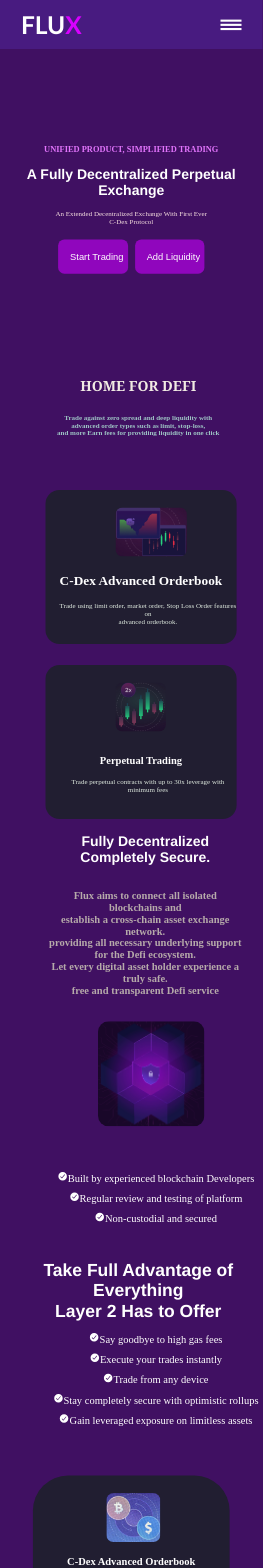
Repository: Tobby004/Flux-figma
Page: index.html
The author's editor kept a copy of each file at every save. The page is drawn from the files as they stood at one save, then again after the next save.
The browser window is 375 px wide. The pictures show the part of the page from y = 0 to 2240 px (the page is 2738 px tall before and 2668 px after), at 70% of full size.

Above is the page before, as saved 2023-04-30 09:44:05.
Console error: ReferenceError: button is not defined

### index.html
<!DOCTYPE html>
<html lang="en">
<head>
    <meta charset="UTF-8">
    <meta http-equiv="X-UA-Compatible" content="IE=edge">
    <meta name="viewport" content="width=device-width, initial-scale=1.0">
    <title>Flux Template</title>
    <link rel="stylesheet" href="style.css">
</head>
<body>
    <header>
    <div class="logo">FLU<b>X</b></div>
    <div class="hamburger">
        <div class="line"></div>
        <div class="line"></div>
        <div class="line"></div>
   </div>
    <nav class="nav-bar">
        <ul>
            <li><a href="" class="active">Home</a></li>
            <li><a href="#">Dashboard</a></li>
            <li><a href="#">Referrals</a></li>
            <li><a href="#">About Us</a></li>
            <button>Connect Wallet</button>
        </ul>
        </nav>
    </header>
    <br><br>
    <h4>UNIFIED PRODUCT, SIMPLIFIED TRADING</h4>
    <h2> A Fully Decentralized Perpetual <br>Exchange </h2>
    <p>An Extended Decentralized Exchange With First Ever <br>C-Dex Protocol</p>
    <div class="button">
        <input type="button" value="Start Trading">
        <input type="button" value="Add Liquidity">
    </div>
<br>
<br>
<div class="section1">
    <h4>HOME FOR DEFI</h4>
    <p>Trade against zero spread and deep liquidity with<br> advanced order types such as limit, stop-loss,<br> and more Earn fees for providing liquidity in one click</p>
</div>
<br><br>
<div class="box">
    <div class="box1">
       <img src="img1.jpg">
  <h3>C-Dex Advanced Orderbook</h3>
  <p>Trade using limit order, market order, Stop Loss Order features on <br>advanced orderbook.</p>
    </div>
    <div class="box2">
        <img src="img2.jpg">
        <h3>Perpetual Trading</h3>
        <p>Trade perpetual contracts with up to 30x leverage with minimum fees</p>
    </div>
</div>
<section>
    <h1>Fully Decentralized <br>Completely Secure.</h1>
    <h6>Flux aims to connect all isolated blockchains and <br>establish a cross-chain asset exchange network.<br>providing all necessary underlying support for the Defi ecosystem.<br> Let every digital asset holder experience a truly safe.<br>free and transparent Defi service</h6>
    <img src="IMG3.jpg">
</section>
    <checkbox>
       <a><ion-icon name="checkmark-circle"></ion-icon>Built by experienced blockchain Developers</i></a>
       <a><ion-icon name="checkmark-circle"></ion-icon>Regular review and testing of platform</a>
       <a><ion-icon name="checkmark-circle"></ion-icon>Non-custodial and secured</a>
       </checkbox>
    <h1>Take Full Advantage of Everything <br>Layer 2 Has to Offer</h1>
    <checkbox>
        <a><ion-icon name="checkmark-circle"></ion-icon>Say goodbye to high gas fees</a>
        <a><ion-icon name="checkmark-circle"></ion-icon>Execute your trades instantly</a>
        <a><ion-icon name="checkmark-circle"></ion-icon>Trade from any device</a>
        <a><ion-icon name="checkmark-circle"></ion-icon>Stay completely secure with optimistic rollups</a>
        <a><ion-icon name="checkmark-circle"></ion-icon>Gain leveraged exposure on limitless assets</a>
    </checkbox>
   <div class="boxing">
    <div class="box3">
        <img src="img5.jpg">
        <h3>C-Dex Advanced Orderbook</h3>
        <p>User buy and sell crypto directly to / from the <br>self custodial wallet of their choice. No Deposits, only. direct crypto-flat transfers</p>
    </div>
   </div>
    <div class="container">
        <h1>FLU<b>X<b/></h1>
        <ul>
        <li><a href="#">Getting started</a></li>
        <li><a href="#">Support</a></li>
        <li><a href="#">FAQ</a></li>
        <li><a href="#">Terms Of Service</a></li>
     <icon1>
    <ion-icon name="logo-twitter"></ion-icon>
    <ion-icon name="logo-facebook"></ion-icon>
    <ion-icon name="logo-instagram"></ion-icon>
    </icon>
    <li><p>Copyright 2023 Flux.All Rights Reserved</p></li>
</ul>
</div>
</body>
<script type="module" src="https://unpkg.com/ionicons@7.1.0/dist/ionicons/ionicons.esm.js"></script>
<script>
    hamburger = document.querySelector(".hamburger");
    button.onclick = function(){
        navBar = document.querySelector(".navbar");
        navBar.classlist.toggle("active");
    }
</script>
</html>

### style.css
*{
    box-sizing: border-box;
    text-decoration: none;
    list-style: none;
}
body {
    margin: 0;
    padding: 0;
    background-color: rgb(64, 16, 98);
}
header {
    width: 100%;
    display: flex;
    height: 70px;
    justify-content: space-between;
    align-items: center;
    padding:0 90px;
    background-color: rgb(72, 27, 128);
    color: white;
    font-weight: bold;
}
header  b {
    color: rgb(216, 0, 255);
}
.logo {
    font-size: 35px;
    font-weight: bold;
    font-family: 'Gill Sans', 'Gill Sans MT', Calibri, 'Trebuchet MS', sans-serif;
}
.hamburger{
    display: none;
    margin-left: 30px;
}
.nav-bar ul {
    display: flex;
}
.nav-bar ul li a{
    display: block;
    color: rgb(172, 132, 203);
    font-size: 15px;
    padding: 10px 25px;
    border-radius: 40px;
    transition: 0.5s;
    margin: 0 5px;
}
.nav-bar ul li a:hover{
    color: bisque;
    background: blueviolet;
}
.nav-bar ul li a.active{
    color: white;
    background: cadetblue;
}
header button {
    background:rgb(151, 1, 201);
    border-radius: 7px;
    border: none;
    height: 50px;
    color: white;
}
h4 {
    margin-top: 100px;
    text-align: center;
    color: rgb(226, 117,252);
}
h2 {
    text-align: center;
    font-size: 50px;
    font: 600px;
    font-family: 'Franklin Gothic Medium', 'Arial Narrow', Arial, sans-serif;
    color: white;
}
p {
    text-align: center;
    color: rgb(248, 225, 225);
}
.button {
    display: flex;
    padding: 10px;
    gap: 10px;
    justify-content: center;
}
input[type="button"]{
    padding: 20px;
    width: 150px;
    border-radius: 9px;
    border: none;
    color: white;
    background-color: rgb(144, 6, 189);
}
 div h4 {
    color: rgb(241, 235, 227);
    font-size: 40px;
    font-weight: lighter;

}
 div p {
    color: rgb(158, 197, 197);
    font-size: 20px;
    font-weight: lighter;
}
.box {
    margin: auto;
    display: flex;
    gap: 20px;
    margin-left: 100px;
}
.box1{
    height: 290px;
    width: 580px;
    background-color: rgb(33, 30, 49);
    border-radius: 20px;
}
.box1 h3 {
    text-align: center;
    color: white;
    font-size: 25px;
    margin-top: 20px;
}
.box1 p {
    text-align: center;
    color: rgb(225, 236, 225);
}
.box1 img{
    margin-top: 25px;
    height: 120px;
    border-radius: 10px;
    margin-left: 200px;
}
.box2 {
    height: 290px;
    width: 580px;
    background-color: rgb(33, 30, 49);
    border-radius: 20px;
}
.box2 h3{
    text-align: center;
    font-size: 25px;
    color: white;
    margin-top: 30px;
}
.box2 p {
    text-align: center;
    color: rgb(225, 236, 225);
}
.box2 img {
    margin-top: 25px;
    height: 120px;
    border-radius: 10px;
   margin-left: 200px;
}
section h1 {
    margin-left: 70px;
    color: white;
    font-size: 50px;
    margin-top: 100px;
}
section img{
    height: 350px;
    border-radius: 15px;
    border: none;
   margin-left: 100px;
   margin-bottom: 50px;
}
section h6 {
    color: rgb(182, 170, 170);
    font-size: 20px;
    margin-left: 70px;
}

checkbox a {
    display: block;
    font-size: 20px;
    position: relative;
    color: white;
    margin-left: 70px;
}

h1 {
    color: white;
    font-size: 50px;
    margin-top: 50px;
    margin-left: 70px;
}
.boxing{
    margin-top: 70px;
}
.box3 {
    margin-bottom: 300px;
    margin: auto;
    height: 320px;
    width: 980px;
    border-radius: 50px;
    border: none;
    background: rgb(33, 30, 49);
}
.box3 img {
  margin-top: 25px;
  height: 80px;
  margin-left: 400px;
  border-radius: 10px;
}
.box3 h3{
    text-align: center;
    color: white;
    font-size: 25px
}
.container{
    height: 390px;
    margin-right: auto;
    margin-left: auto;
    background: rgb(26, 7, 41);
}
.container h1 {
    margin-top: 20px;
    color: white;
    text-align: center;
    font-family: 'Segoe UI', Tahoma, Geneva, Verdana, sans-serif;
}
.container b {
    color: rgb(218, 0, 255);
    font-family: 'Segoe UI', Tahoma, Geneva, Verdana, sans-serif;
}
.container ul {
    margin: auto;
    text-align: center;

}
.container li {
    display: inline;
    text-align: center;
}
.container a {
    text-decoration: none;
    font-size: 20px;
    padding: 10px;
    color: rgb(163, 157, 221);
}
.container icon1 {
    display: flex;
    gap: 8px;
    margin-top: 20px;
    margin-left: 40px;
    color: rgb(163, 157, 221);
    font-size: 30px;
}
.container li p {
    color: rgb(163, 157, 221);
    font-size: 20px;
    margin-left: 50px;
}


@media only screen  and (max-width:500px)
{
 h4 {
    font-size: 12px;
    text-align: center;
    font-weight: bolder;
 }
 h2 {
    font-size: 20px;
    text-align: center;

 }
 input[type="button"]{
    padding: 17px;
    display: flex;
    justify-content: center;
    width: 28%;
 }
div h4 {
    font-size: 20px;
    text-align: center;
    font-weight: bolder;
    margin-left: 20px;
    font-family: Georgia, 'Times New Roman', Times, serif;
}
p {
    font-size: 10px;
    text-align: center;
}
 div p {
    font-size: 10px;
    text-align: center;
    font-weight: bolder;
    margin-left: 20px;
 }
 .box {
    display: inline-block;
    margin-inline: 20px;
    gap: 30px;
    margin-left: auto;
    margin-right: auto;
 }
 .box1{
    margin-top: 30px;
    height: 220px;
    width: 75%;
    margin-left: 65px;
}
 .box1 img {
    height: 70px;
    margin-left: 100px;
}
 .box1 h3{
   font-size: 19px;
}
 .box1 p{
    font-size: 10px;
    font-weight: lighter;
}
 .box2 {
    margin-top: 30px;
    height: 220px;
    width: 75%;
    margin-left: 65px;
}
 .box2 img {
   height: 70px;
   margin-left: 100px;
}
 .box2 h3 {
   font-size: 15px;
}
 .box2 p {
   font-size: 10px;
   font-weight: lighter;
}
 section img {
    height: 150px;
    margin-left: 140px;
}
 section h1 {
    margin-top: 20px;
    text-align: center;
    font-size: 20px;
    margin-top: 20px;
    margin-right: 30px;
}
 section h6 {
    font-size: 15px;
    text-align: center;
    margin-right: 30px;
}
 h1 {
    font-size: 25px;
    font-family: 'Franklin Gothic Medium', 'Arial Narrow', Arial, sans-serif;
    margin-left: 20px;
    text-align: center;
}
 checkbox a {
    font-size: 15px;
    margin-top: 10px;
    text-align: center;
}
 .box3 {
    height: 220px;
    width: 75%;
}
.box3 img {
    height: 70px;
    margin-left: 105px;
}
.box3 h3 {
    font-size: 15px;
    text-align: center;
}
.box3 p{
   font-size: 10px;
   margin-left: 10px;
}
.container li a{
    display: block;
    font-weight: lighter;
    margin-bottom: 10px;
    font-size: 10px;
}
.container icon1{
    display: block;
    font-size: 20px;
}
.container li p {
    margin-right: 20px;
    font-size: 8px;
}
@media only screen and (max-width: 1200px) {
    header {
        padding: 0 50px;
    }
}

@media only screen and (max-width: 800px) {
    header {
        padding: 0 30px;
    }
}
@media only screen and (max-width: 900px) {
    .hamburger {
        display: block;
        cursor: pointer;
    }
    .hamburger .line {
        width: 30px;
        height: 3px;
        background: white;
        margin: 3px 0;
    }
    .nav-bar{
     height: 0;
     position: absolute;
     top: 80px;
     left: 0;
     right: 0;
     width: 100vm;
     background: #11101b;
     transition: 0.25s;
     overflow: hidden;
    }
    .nav-bar .active{
        height: 500px;
    }
    .nav-bar ul {
        display: block;
        width: fit-content;
        margin: 60px auto 0 auto;
        text-align: center;
        transition: 0.5s;
        opacity: 0;
    }
    .nav-bar .active ul{
        opacity: 1;
    }
    .nav-bar ul li a {
        margin-bottom: 12px;
        color: blue;
    }
}

}

After the next save:
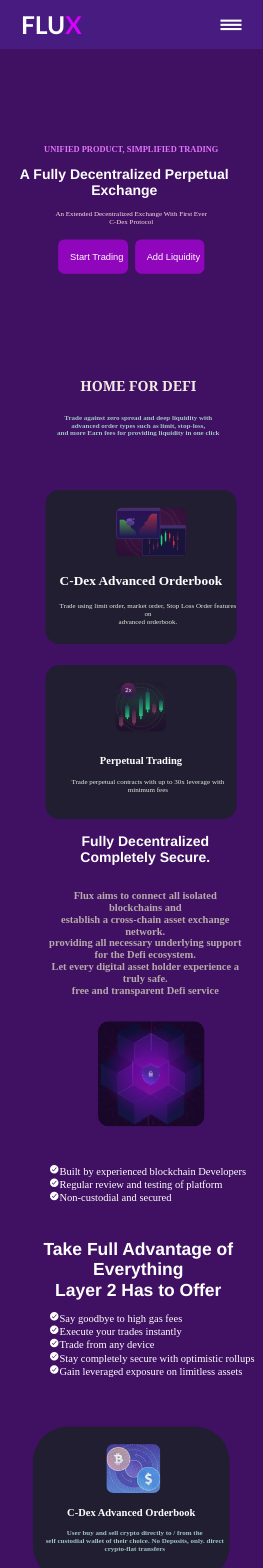
Saved 68 s later.
--- a/style.css
+++ b/style.css
@@ -261,6 +261,7 @@ h1 {
  h2 {
     font-size: 20px;
     text-align: center;
+    margin-right: 20px;
 
  }
  input[type="button"]{
@@ -351,7 +352,7 @@ p {
 }
  checkbox a {
     font-size: 15px;
-    margin-top: 10px;
+    margin-top:
     text-align: center;
 }
  .box3 {
